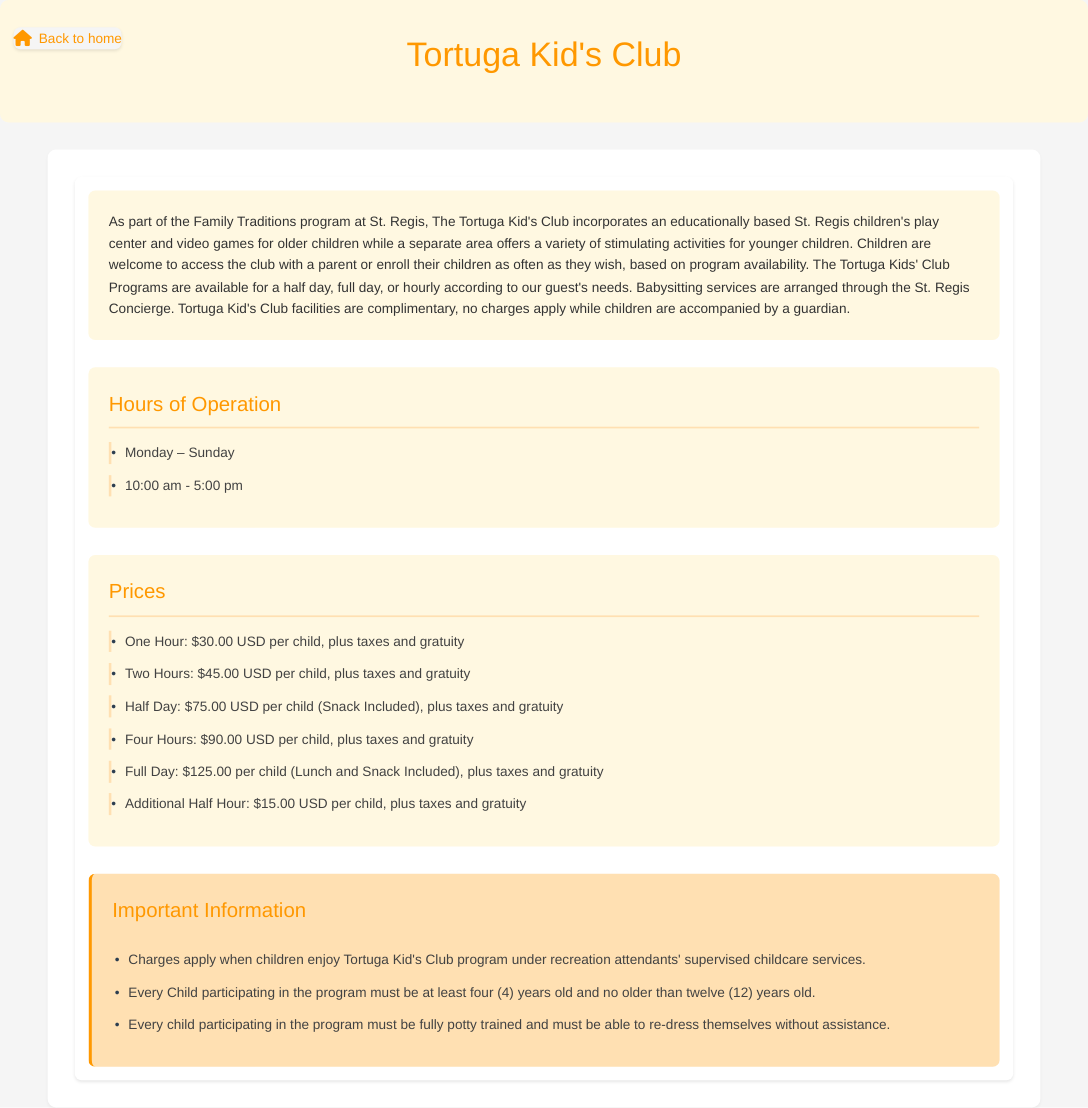
Repository: chvg1968/luxephonebook
Page: public/pages/tortuga.html
The author's editor kept a copy of each file at every save. The page is drawn from the files as they stood at one save, then again after the next save.
The browser window is 1280 px wide. The pictures show the whole page, at 85% of full size.

Above is the page before, as saved 2025-01-23 19:51:55.

### public/pages/tortuga.html
<!DOCTYPE html>
<html lang="en">
<head>
    <meta charset="UTF-8">
    <meta name="viewport" content="width=device-width, initial-scale=1.0">
    <title>Tortuga Kid's Club</title>
    <link rel="stylesheet" href="/public/assets/styles/main.css">
    <link rel="stylesheet" href="/public/assets/styles/components/tortuga.css">
    <link rel="stylesheet" href="https://cdnjs.cloudflare.com/ajax/libs/font-awesome/6.0.0/css/all.min.css">
</head>
<body>
    <main>
        <div class="property-welcome">
            <h1 id="propertyTitle">Tortuga Kid's Club</h1>
            <a href="villaclara.html" class="back-to-home">

                <i class="fas fa-home"></i>
                <span>Back to home</span>
            </a>
        </div>

        <div class="property-container">
            <div class="property-content">
                <div class="property-hero">
                    <div class="property-info">
                        <div class="info-section">
                            <p>As part of the Family Traditions program at St. Regis, The Tortuga Kid's Club incorporates an educationally based St. Regis children's play center and video games for older children while a separate area offers a variety of stimulating activities for younger children. Children are welcome to access the club with a parent or enroll their children as often as they wish, based on program availability. The Tortuga Kids' Club Programs are available for a half day, full day, or hourly according to our guest's needs. Babysitting services are arranged through the St. Regis Concierge. Tortuga Kid's Club facilities are complimentary, no charges apply while children are accompanied by a guardian.</p>
                        </div>

                        <div class="info-section">
                            <h3>Hours of Operation</h3>
                            <ul class="info-list">
                                <li>Monday – Sunday</li>
                                <li>10:00 am - 5:00 pm</li>
                            </ul>
                        </div>

                        <div class="info-section">
                            <h3>Prices</h3>
                            <ul class="info-list">
                                <li>One Hour: $30.00 USD per child, plus taxes and gratuity</li>
                                <li>Two Hours: $45.00 USD per child, plus taxes and gratuity</li>
                                <li>Half Day: $75.00 USD per child (Snack Included), plus taxes and gratuity</li>
                                <li>Four Hours: $90.00 USD per child, plus taxes and gratuity</li>
                                <li>Full Day: $125.00 per child (Lunch and Snack Included), plus taxes and gratuity</li>
                                <li>Additional Half Hour: $15.00 USD per child, plus taxes and gratuity</li>
                            </ul>
                        </div>

                        <div class="info-section warning">
                            <h3>Important Information</h3>
                            <ul class="info-list">
                                <li>Charges apply when children enjoy Tortuga Kid's Club program under recreation attendants' supervised childcare services.</li>
                                <li>Every Child participating in the program must be at least four (4) years old and no older than twelve (12) years old.</li>
                                <li>Every child participating in the program must be fully potty trained and must be able to re-dress themselves without assistance.</li>
                            </ul>
                        </div>
                    </div>
                </div>
            </div>
        </div>
    </main>
</body>
</html>

### public/assets/styles/main.css
:root {
    --primary-color: #2c3e50;
    --secondary-color: #3498db;
    --background-color: #f5f5f5;
    --card-background: #ffffff;
    --text-color: #333333;
    --border-radius: 8px;
    --spacing-sm: 8px;
    --spacing-md: 16px;
    --spacing-lg: 24px;
    --shadow-sm: 0 2px 4px rgba(0, 0, 0, 0.1);
    --shadow-md: 0 4px 6px rgba(0, 0, 0, 0.1);
    --transition-speed: 0.3s;
}

* {
    margin: 0;
    padding: 0;
    box-sizing: border-box;
}

body {
    font-family: 'Helvetica Neue', Arial, sans-serif;
    line-height: 1.6;
    color: var(--text-color);
    background-color: var(--background-color);
}

.container {
    max-width: 1200px;
    margin: 0 auto;
    padding: var(--spacing-lg);
}

.two-column-layout {
    display: grid;
    grid-template-columns: 1fr 1fr;
    gap: var(--spacing-lg);
    margin-top: var(--spacing-lg);
}

.property-column {
    background-color: var(--card-background);
    border-radius: var(--border-radius);
    padding: var(--spacing-lg);
    box-shadow: var(--shadow-sm);
    order: 1;
}

.search-column {
    background-color: var(--card-background);
    border-radius: var(--border-radius);
    padding: var(--spacing-lg);
    box-shadow: var(--shadow-sm);
    order: 2;
}

.main-menu {
    list-style: none;
    padding: 0;
}

.menu-item {
    margin-bottom: var(--spacing-sm);
}

.menu-button,
.sub-menu-button {
    width: 100%;
    display: flex;
    align-items: center;
    gap: var(--spacing-md);
    padding: var(--spacing-md);
    background-color: var(--card-background);
    border: none;
    border-radius: var(--border-radius);
    color: var(--primary-color);
    font-size: 1.1em;
    cursor: pointer;
    transition: all var(--transition-speed);
    box-shadow: var(--shadow-sm);
}

.menu-button i,
.sub-menu-button i {
    font-size: 1.2em;
    width: 24px;
    text-align: center;
}

.menu-button:hover,
.sub-menu-button:hover {
    background-color: var(--secondary-color);
    color: white;
    transform: translateY(-2px);
    box-shadow: var(--shadow-md);
}

.menu-button.selected,
.sub-menu-button.selected {
    background-color: var(--primary-color);
    color: white;
}

.sub-menu {
    list-style: none;
    padding-left: var(--spacing-lg);
    margin-top: var(--spacing-sm);
    display: none; /* Oculto por defecto */
}

.menu-item:hover .sub-menu {
    display: block; /* Se muestra al hacer hover */
}

.sub-menu-item {
    margin-bottom: var(--spacing-sm);
}

.sub-menu-button {
    font-size: 0.95em;
    padding: var(--spacing-sm) var(--spacing-md);
    background-color: var(--background-color);
}

.sub-menu-button i {
    font-size: 1.1em;
}

.modal-container {
    display: none;
    position: fixed;
    top: 0;
    left: 0;
    width: 100%;
    height: 100%;
    background-color: rgba(0, 0, 0, 0.5);
    z-index: 1000;
    opacity: 0;
    transition: opacity var(--transition-speed);
}

.modal-container.active {
    display: flex;
    opacity: 1;
}

.modal-content {
    background-color: var(--card-background);
    border-radius: var(--border-radius);
    width: 90%;
    max-width: 800px;
    max-height: 90vh;
    margin: auto;
    position: relative;
    transform: translateY(-20px);
    transition: transform var(--transition-speed);
    overflow: hidden;
    display: flex;
    flex-direction: column;
}

.modal-container.active .modal-content {
    transform: translateY(0);
}

.modal-header {
    padding: var(--spacing-md);
    background-color: var(--primary-color);
    color: white;
    display: flex;
    align-items: center;
    gap: var(--spacing-md);
    position: sticky;
    top: 0;
}

.back-button {
    background: none;
    border: none;
    color: white;
    cursor: pointer;
    display: flex;
    align-items: center;
    gap: var(--spacing-sm);
    font-size: 1em;
    padding: var(--spacing-sm);
    border-radius: var(--border-radius);
    transition: background-color var(--transition-speed);
}

.back-button:hover {
    background-color: rgba(255, 255, 255, 0.1);
}

.modal-body {
    padding: var(--spacing-lg);
    overflow-y: auto;
    flex-grow: 1;
}

.search-section {
    background-color: var(--card-background);
    padding: var(--spacing-lg);
    border-radius: var(--border-radius);
    box-shadow: var(--shadow-sm);
    margin-bottom: var(--spacing-lg);
}

.search-box {
    display: flex;
    gap: var(--spacing-md);
    margin-bottom: var(--spacing-md);
}

.search-input {
    flex: 1;
    padding: var(--spacing-sm);
    border: 2px solid var(--border-color);
    border-radius: var(--border-radius);
    font-size: 1rem;
    transition: var(--transition);
    background-color: var(--card-background);
}

.search-input:focus {
    outline: none;
    border-color: var(--primary-color);
}

.category-select {
    padding: var(--spacing-sm);
    border: 2px solid var(--border-color);
    border-radius: var(--border-radius);
    font-size: 1rem;
    min-width: 200px;
    background-color: var(--card-background);
    cursor: pointer;
    transition: var(--transition);
}

.category-select:focus {
    outline: none;
    border-color: var(--primary-color);
}

.stats {
    color: var(--text-light);
    font-size: 0.9rem;
}

.results {
    display: grid;
    grid-template-columns: repeat(auto-fill, minmax(300px, 1fr));
    gap: var(--spacing-md);
    padding: var(--spacing-sm);
}

.card {
    background-color: var(--card-background);
    border-radius: var(--border-radius);
    padding: var(--spacing-md);
    box-shadow: var(--shadow-sm);
    transition: var(--transition);
}

.card:hover {
    box-shadow: var(--shadow-md);
    transform: translateY(-2px);
}

.property-welcome {
    text-align: center;
    margin-bottom: var(--spacing-lg);
    position: relative;
}

.property-image {
    width: 100%;
    max-height: 400px;
    object-fit: cover;
    border-radius: var(--border-radius);
    margin-bottom: var(--spacing-md);
}

.back-to-home {
    position: absolute;
    top: var(--spacing-md);
    left: var(--spacing-md);
    background-color: var(--background-color);
    padding: var(--spacing-xs) var(--spacing-sm);
    border-radius: var(--border-radius);
    text-decoration: none;
    color: var(--text-color);
    display: flex;
    align-items: center;
    gap: var(--spacing-xs);
    box-shadow: var(--shadow-sm);
    transition: var(--transition);
}

.back-to-home:hover {
    box-shadow: var(--shadow-md);
    transform: translateY(-2px);
}

.back-to-home i {
    font-size: 1.2rem;
}

.property-info {
    background-color: var(--card-background);
    padding: var(--spacing-md);
    border-radius: var(--border-radius);
    box-shadow: var(--shadow-sm);
}

.info-section {
    margin-bottom: var(--spacing-md);
}

.info-section:last-child {
    margin-bottom: 0;
}

.info-section h3 {
    margin-bottom: var(--spacing-sm);
    color: var(--text-color);
    font-weight: 600;
}

.info-list {
    list-style: none;
}

.info-list li {
    margin-bottom: var(--spacing-xs);
    padding-left: var(--spacing-md);
    position: relative;
}

.info-list li::before {
    content: "•";
    color: var(--primary-color);
    position: absolute;
    left: 0;
}

.warning {
    color: var(--primary-dark);
    font-weight: 500;
}

/* Estilos para las secciones de resultados */
.results-sections {
    margin-top: 2rem;
}

.category-section {
    margin-bottom: 2rem;
    scroll-margin-top: 2rem;
}

.category-section h2 {
    color: #333;
    font-size: 1.5rem;
    margin-bottom: 1rem;
    padding-bottom: 0.5rem;
    border-bottom: 2px solid #e0e0e0;
}

/* Scroll suave para toda la página */
html {
    scroll-behavior: smooth;
}

/* Ajustes responsive */
@media (max-width: 768px) {
    .two-column-layout {
        display: flex;
        flex-direction: column;
        gap: var(--spacing-md);
    }

    .property-column {
        order: 1;
    }

    .search-column {
        order: 2;
    }

    .modal-content {
        width: 95%;
        max-height: 95vh;
        margin: 10px auto;
    }

    .menu-button {
        padding: var(--spacing-sm);
    }

    .menu-button i {
        font-size: 1.1em;
    }

    .category-section {
        scroll-margin-top: 1rem;
    }
}

### public/assets/styles/components/tortuga.css
:root {
    /* Paleta de colores pastel */
    --tortuga-orange: #FFB74D;
    --tortuga-light: #FFE0B2;
    --tortuga-accent: #FF9800;
    --tortuga-bg: #FFF8E1;
    --tortuga-text: #424242;
    --tortuga-text-light: #757575;
    --tortuga-white: #FFFFFF;
  }

  .property-welcome {
    background-color: var(--tortuga-bg);
    padding: 2rem;
    border-radius: 10px;
    margin-bottom: 2rem;
    text-align: center;
  }

  .property-welcome h1 {
    color: var(--tortuga-accent);
    font-size: 2.5rem;
    font-weight: 300;
    margin-bottom: 1rem;
    font-family: 'Helvetica Neue', Arial, sans-serif;
  }

  .property-container {
    max-width: 1200px;
    margin: 0 auto;
    padding: 0 1rem;
  }

  .property-content {
    background-color: var(--tortuga-white);
    border-radius: 10px;
    box-shadow: 0 2px 4px rgba(0,0,0,0.05);
    padding: 2rem;
  }

  .info-section {
    margin-bottom: 2rem;
    padding: 1.5rem;
    border-radius: 8px;
    background-color: var(--tortuga-bg);
    transition: transform 0.3s ease;
  }

  .info-section:hover {
    transform: translateY(-2px);
  }

  .info-section h3 {
    color: var(--tortuga-accent);
    font-size: 1.5rem;
    font-weight: 400;
    margin-bottom: 1rem;
    border-bottom: 2px solid var(--tortuga-light);
    padding-bottom: 0.5rem;
  }

  .info-list {
    list-style: none;
    padding: 0;
  }

  .info-list li {
    color: var(--tortuga-text);
    margin-bottom: 0.8rem;
    padding-left: 1rem;
    border-left: 3px solid var(--tortuga-light);
    transition: border-left-color 0.3s ease;
  }

  .info-list li:hover {
    border-left-color: var(--tortuga-accent);
  }

  .warning {
    background-color: var(--tortuga-light);
    border-left: 4px solid var(--tortuga-accent);
  }

  .back-to-home {
    display: inline-flex;
    align-items: center;
    gap: 0.5rem;
    color: var(--tortuga-accent);
    text-decoration: none;
    font-weight: 500;
    transition: all 0.3s ease;
    margin-top: 1rem;
  }

  .back-to-home:hover {
    color: var(--tortuga-orange);
    transform: translateX(-5px);
  }

  .back-to-home i {
    font-size: 1.2rem;
  }

  /* Estilos responsivos */
  @media (max-width: 768px) {
    .property-welcome {
      padding: 1.5rem;
    }

    .property-welcome h1 {
      font-size: 2rem;
    }

    .property-content {
      padding: 1rem;
    }

    .info-section {
      padding: 1rem;
    }
  }

After the next save:
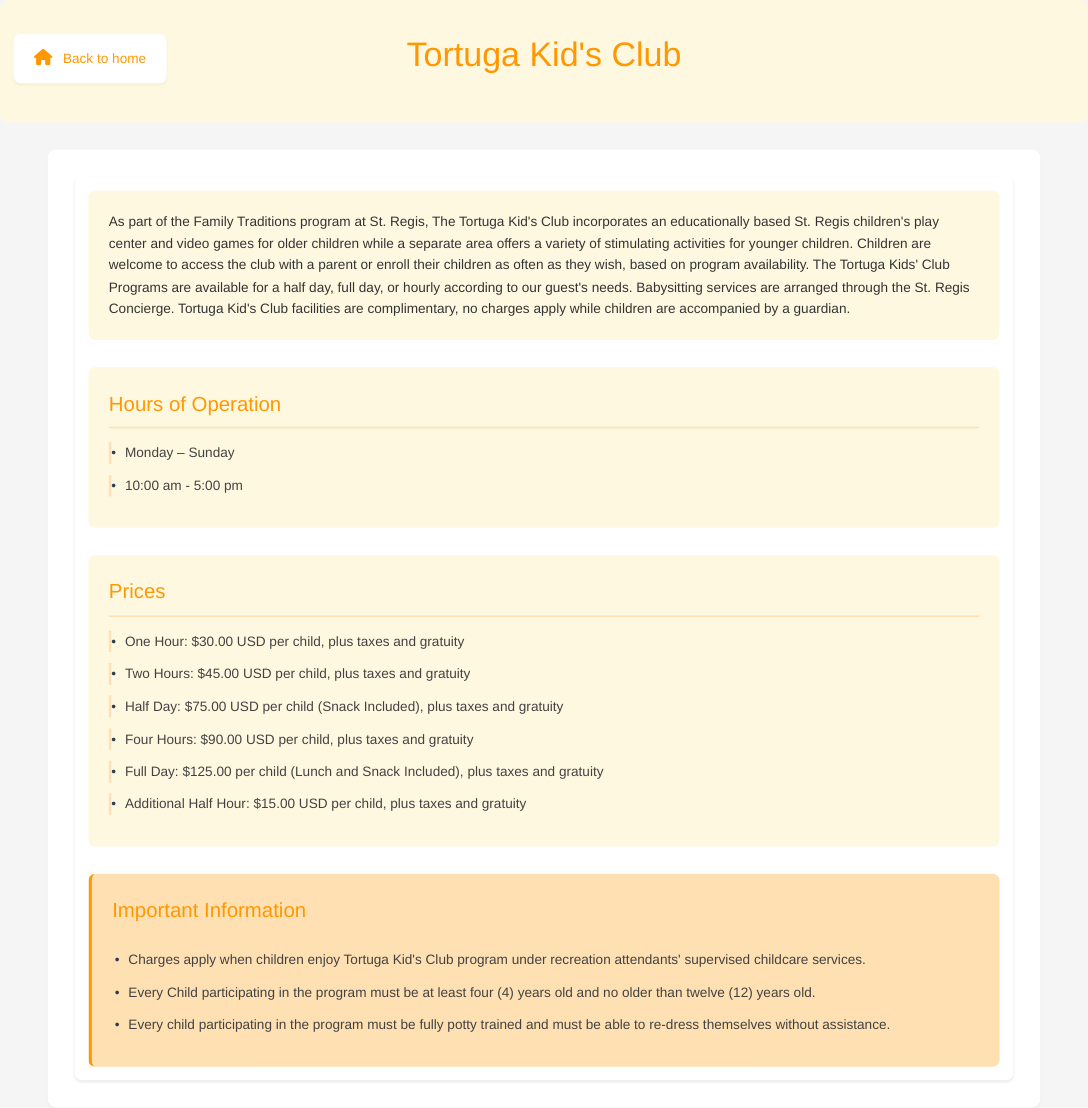
Saved 35 s later.
--- a/public/assets/styles/components/tortuga.css
+++ b/public/assets/styles/components/tortuga.css
@@ -82,23 +82,26 @@
   }
 
   .back-to-home {
-    display: inline-flex;
-    align-items: center;
-    gap: 0.5rem;
+    padding: 1rem 1.5rem;
+    background-color: var(--tortuga-white);
+    border-radius: 8px;
+    margin-top: 1.5rem;
+    display: inline-block;
+    box-shadow: 0 2px 4px rgba(0,0,0,0.05);
     color: var(--tortuga-accent);
     text-decoration: none;
     font-weight: 500;
     transition: all 0.3s ease;
-    margin-top: 1rem;
   }
 
   .back-to-home:hover {
-    color: var(--tortuga-orange);
-    transform: translateX(-5px);
+    background-color: var(--tortuga-bg);
+    transform: translateY(-2px);
   }
 
   .back-to-home i {
     font-size: 1.2rem;
+    margin-right: 0.5rem;
   }
 
   /* Estilos responsivos */
